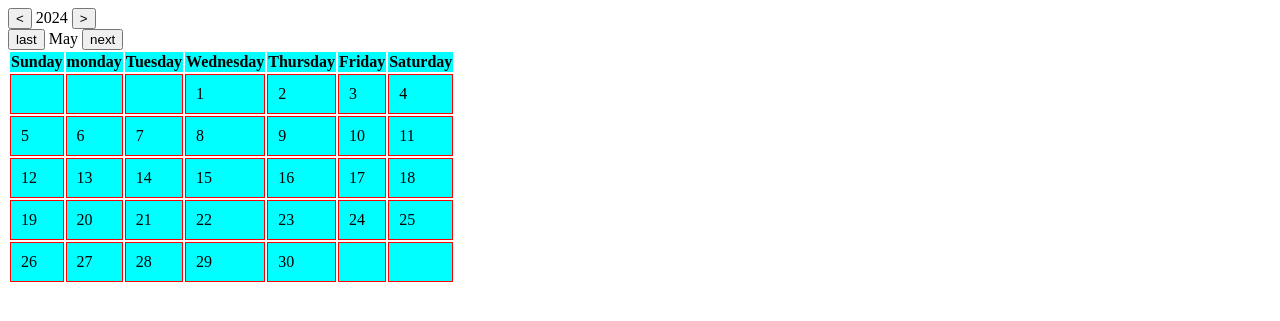
Repository: fateme81yosefi/calendar
Page: index.html
An editor plug-in stored every save of this project. The page is shown before and after the next save, followed by the edit.
The browser window is 1280 px wide. The pictures show the whole page.

Above is the page before, as saved 2024-05-30 22:28:09.

After the next save:
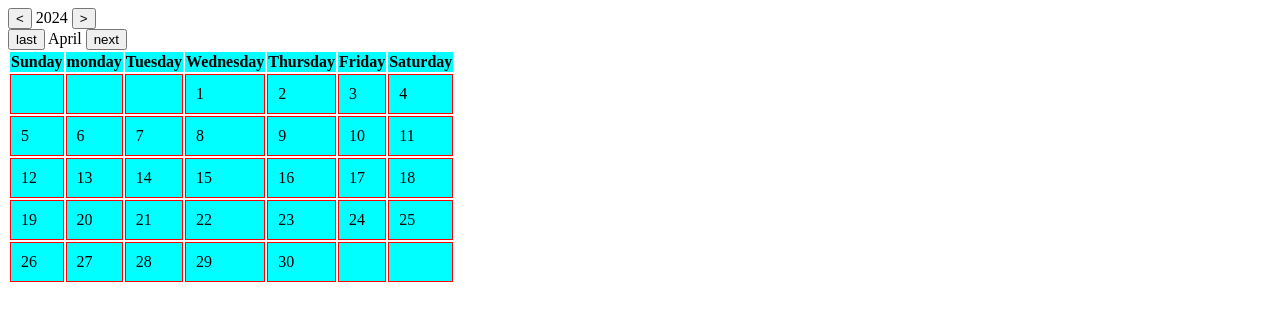
Saved 25 s later.
--- a/scripts.js
+++ b/scripts.js
@@ -46,7 +46,7 @@ function monthNameToNum(m) {
     }
 }
 function setMonth(m) {
-    switch (m + 1) {
+    switch (m) {
         case 1: month = "January";
             break;
         case 2: month = "February";

After the save that followed:
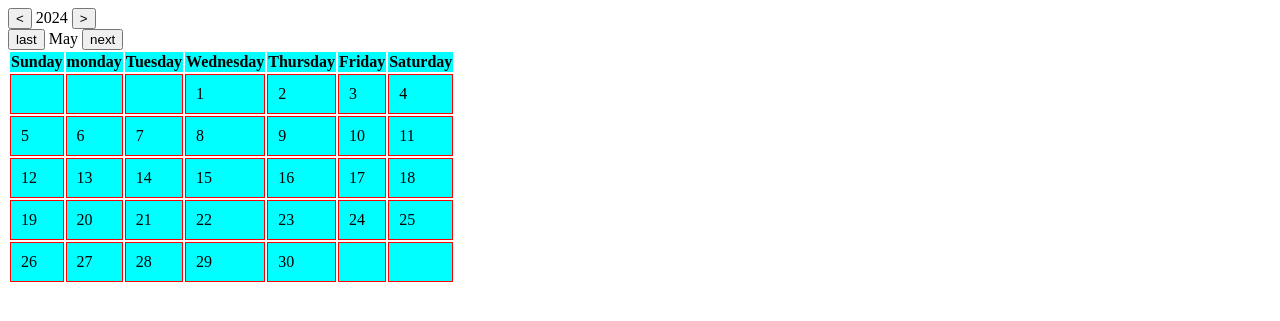
Saved 6 s later.
--- a/scripts.js
+++ b/scripts.js
@@ -125,5 +125,5 @@ function fillAllDay(m, y, dayCount) {
 dayCount = calcDayCount(m + 1)
 
 fillAllDay(m, y, dayCount)
-setMonth(m)
+setMonth(m+1)
 setYear(y)
